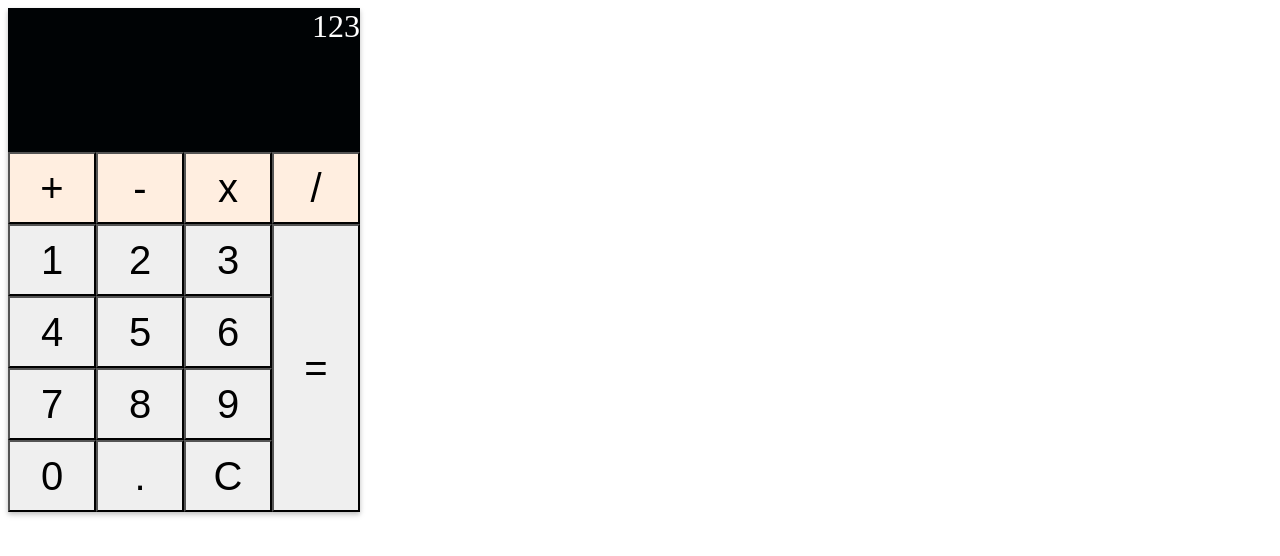
Repository: TEazy2433/LAB-calculator
Page: index.html
An editor plug-in stored every save of this project. The page is shown before and after the next save, followed by the edit.
The browser window is 1280 px wide. The pictures show the whole page.

Above is the page before, as saved 2023-10-14 10:29:15.

### index.html
<!DOCTYPE html>
<html lang="en">
<head>
  <meta charset="UTF-8">
  <meta name="viewport" content="width=device-width, initial-scale=1.0">
  <title>calculator</title>
  <link rel="stylesheet" href="main.css">


</head>
<body>
  <div class="calculator">
    <div class="display">123</div>
    <div class="calculator_keys">
      <button class="calculator_key key--operator">+</button>
      <button class="calculator_key key--operator">-</button>
      <button class="calculator_key key--operator">x</button>
      <button class="calculator_key key--operator">/</button>
      <button class="calculator_key">1</button>
      <button class="calculator_key">2</button>
      <button class="calculator_key">3</button>
      <button class="calculator_key">4</button>
      <button class="calculator_key">5</button>
      <button class="calculator_key">6</button>
      <button class="calculator_key">7</button>
      <button class="calculator_key">8</button>
      <button class="calculator_key">9</button>
      <button class="calculator_key">0</button>
      <button class="calculator_key">.</button>
      <button class="calculator_key">C</button>
      <button class="calculator_key key--enter">=</button>
    </div>
  </div>

</body>
</html>

### main.css
.calculator{
  overflow: hidden;
  max-inline-size: 22rem;
  box-shadow: 0px 3px 6px 0px rgba(0, 0, 0, 0.15), 0px 2px 4px 0px rgba(0, 0, 0, 0.12);
  width: 800px;
  display: flex;
  flex-wrap: wrap;
  border-color: black ;
}
.display{
  font-size: 2rem;
  text-align: end;
  background: hsl(210, 100%, 1%);
  color: hsl(255, 100%, 100%);
  width: 100%;
  height: 20vh;
  border-color: black;
}

.calculator_keys{
  display: grid;
  grid-template-columns: repeat(4,1fr);
  width: 500vh;
  height: 50vh;
  border-color: black;
}
.calculator_key{
  font-size: 40px;
  border-color: black;

}
.key--operator{
  background: rgba(253, 113, 6, 0.12);
}
.key--enter{
  grid-column: 4 / 5;
  grid-row: 2/ span 4;
}

After the next save:
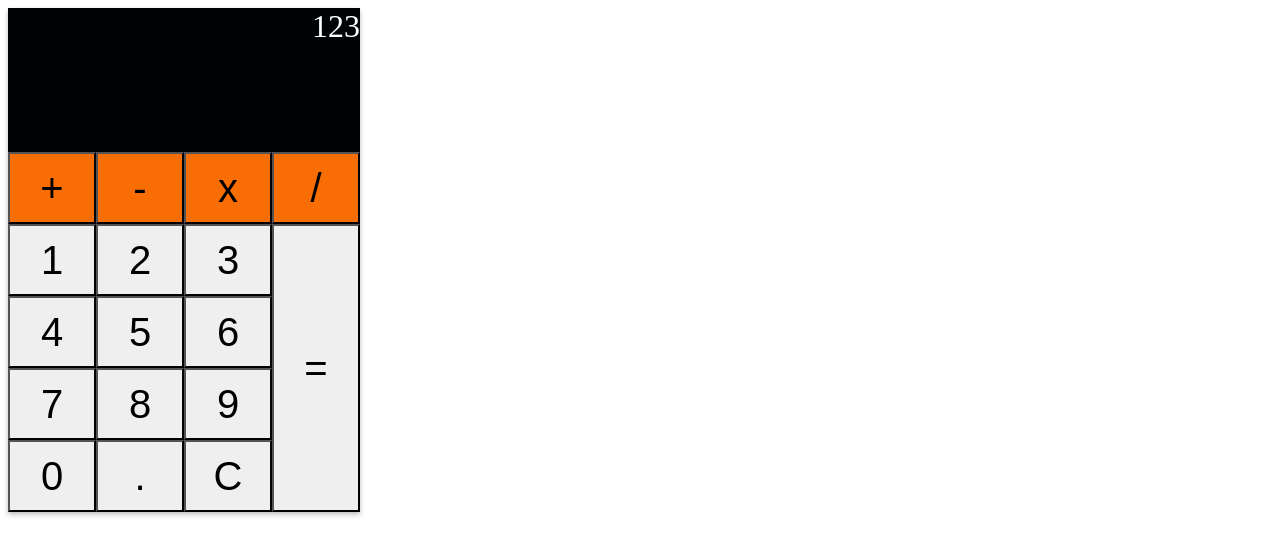
Saved 21 s later.
--- a/main.css
+++ b/main.css
@@ -30,7 +30,7 @@
 
 }
 .key--operator{
-  background: rgba(253, 113, 6, 0.12);
+  background: rgb(248, 110, 4);
 }
 .key--enter{
   grid-column: 4 / 5;
